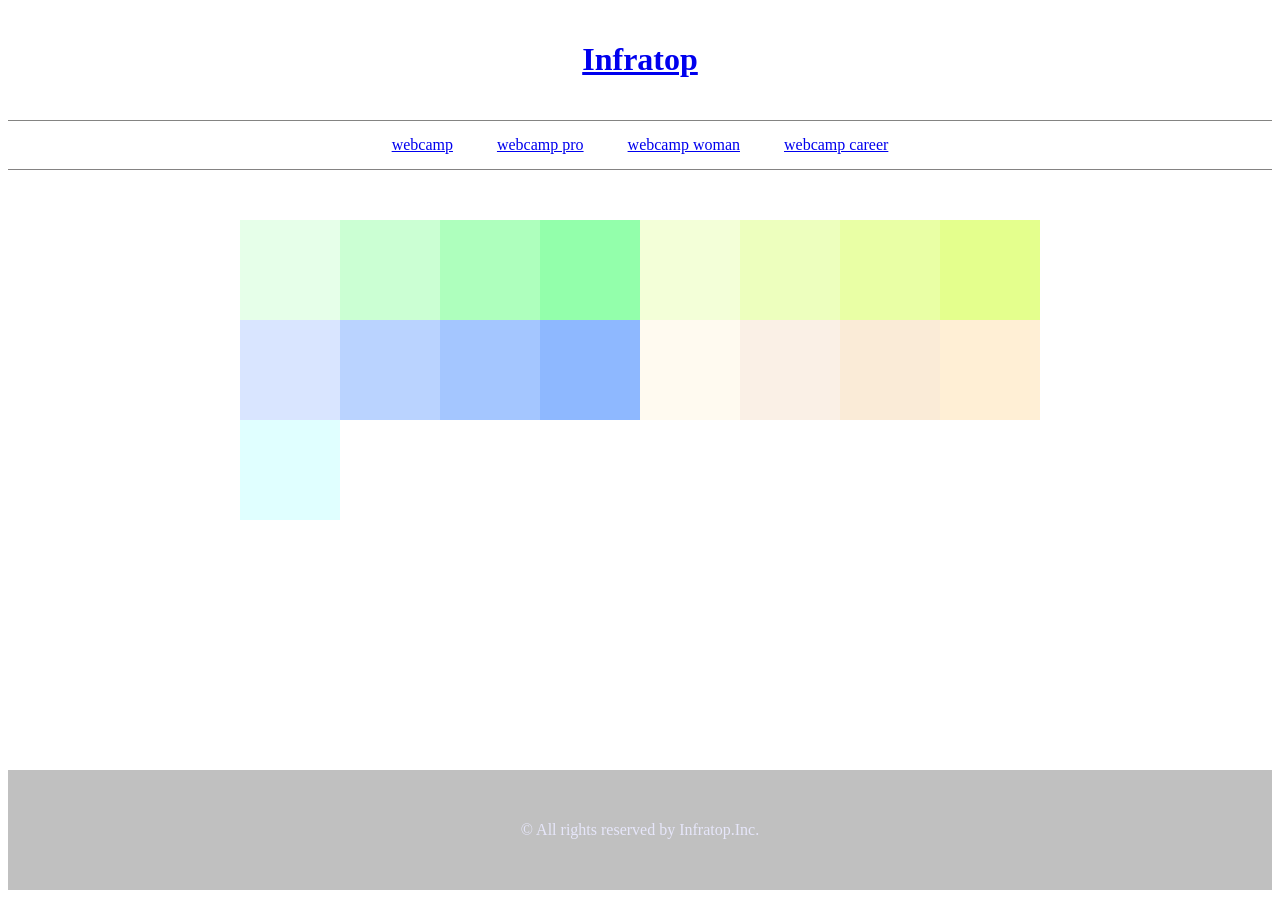
Repository: kiruha313/DWC
Page: exersise5/index.html
The author's editor kept a record of every edit. The page is drawn from the files as they stood at one moment, then again after the next edit.
The browser window is 1280 px wide. The pictures show the whole page.

Above is the page before.

### exersise5/index.html
<!DOCTYPE html>
<html lang="ja">
  <head>
    <meta charset="UTF-8" />
    <link rel="stylesheet" href="style.css" />
    <title>5章の演習問題</title>
  </head>

  <body>
    <header>
      <h1 class="header">
        <a href="index.html">Infratop</a>
      </h1>
    </header>

    <nav>
      <ul class="nav-list">
        <li class="nav-list-item">
          <a href="https://web-camp.io/">webcamp</a>
        </li>
        <li class="nav-list-item">
          <a href="webcamp pro">webcamp pro</a>
        </li>
        <li class="nav-list-item">
          <a href="webcamp woman">webcamp  woman</a>
        </li>
        <li class="nav-list-item">
          <a href="webcamp career">webcamp career</a>
        </li>
        </li>
      </ul>
    </nav>

    <div class="main">
      <div class="main1"></div>
      <div class="main2"></div>
      <div class="main3"></div>
      <div class="main4"></div>
      <div class="main5"></div>
      <div class="main6"></div>
      <div class="main7"></div>
      <div class="main8"></div>
      <div class="main9"></div>
      <div class="main10"></div>
      <div class="main11"></div>
      <div class="main12"></div>
      <div class="main13"></div>
      <div class="main14"></div>
      <div class="main15"></div>
      <div class="main16"></div>
      <div class="main17"></div>
      <div class="main18"></div>
      <div class="main19"></div>
      <div class="main20"></div>
      <div class="main21"></div>
      <div class="main22"></div>
      <div class="main23"></div>
      <div class="main24"></div>
      <div class="main25"></div>
      <div class="main26"></div>
      <div class="main27"></div>
      <div class="main28"></div>
      <div class="main29"></div>
      <div class="main30"></div>
      <div class="main31"></div>
      <div class="main32"></div>
      <div class="main33"></div>
      <div class="main34"></div>
      <div class="main35"></div>
      <div class="main36"></div>
      <div class="main37"></div>
      <div class="main38"></div>
      <div class="main39"></div>
      <div class="main40"></div>
    </div>

    <footer class="footer-item">
      <p class="footer-text">© All rights reserved by Infratop.Inc.</p>
    </footer>

  </body>

</html>

### exersise5/style.css
header > h1 {
  width: 100%;
  padding:20px 0;
  text-align: center;
}

.nav-list {
  text-align: center;
  padding: 15px 0;
  margin: 0 auto;
  list-style: none;
  border-top: 1px solid #848482;
  border-bottom: 1px solid #848282;
}

.nav-list-item {
  display: inline-block;
  margin: 0 20px;
}

.main {
  width: 800px;
  margin: 50px auto;
  display: flex;
  flex-wrap: wrap;
}

.main1 {
  width: 100px;
  height: 100px;
  background-color: #e6ffe9;
}

.main2 {
  width: 100px;
  height: 100px;
  background-color: #cbffd3;
}

.main3 {
  width: 100px;
  height: 100px;
  background-color: #aeffbd;
}

.main4 {
  width: 100px;
  height: 100px;
  background-color: #93ffab;
}

.main5 {
  width: 100px;
  height: 100px;
  background-color: #f3ffd8;
}

.main6 {
  width: 100px;
  height: 100px;
  background-color: #edffbe;
}

.main7 {
  width: 100px;
  height: 100px;
  background-color: #e9ffa5;
}

.main8 {
  width: 100px;
  height: 100px;
  background-color: #e4ff8d;
}

.main9 {
  width: 100px;
  height: 100px;
  background-color: #d9e5ff;
}

.main10 {
  width: 100px;
  height: 100px;
  background-color: #bad3ff;
}

.main11 {
  width: 100px;
  height: 100px;
  background-color: #a4c6ff;
}

.main12 {
  width: 100px;
  height: 100px;
  background-color: #8eb8ff;
}

.main13 {
  width: 100px;
  height: 100px;
  background-color: #fffaf0;
}

.main14 {
  width: 100px;
  height: 100px;
  background-color: #faf0e6;
}

.main15 {
  width: 100px;
  height: 100px;
  background-color: #faebd7;
}

.main16 {
  width: 100px;
  height: 100px;
  background-color: #ffefd5;
}

.main17 {
  width: 100px;
  height: 100px;
  background-color: #e0ffff;
}

.main18 {
  width: 100px;
  height: 100px;
  background-color: ;
}

.main19 {
  width: 100px;
  height: 100px;
  background-color: ;
}

.main20 {
  width: 100px;
  height: 100px;
  background-color: ;
}

.main21 {
  width: 100px;
  height: 100px;
  background-color: ;
}

.main22 {
  width: 100px;
  height: 100px;
  background-color: ;
}

.main23 {
  width: 100px;
  height: 100px;
  background-color: ;
}

.main24 {
  width: 100px;
  height: 100px;
  background-color: ;
}

.main25 {
  width: 100px;
  height: 100px;
  background-color: ;
}

.main26 {
  width: 100px;
  height: 100px;
  background-color: ;
}

.main27 {
  width: 100px;
  height: 100px;
  background-color: ;
}

.main28 {
  width: 100px;
  height: 100px;
  background-color: ;
}

.main29 {
  width: 100px;
  height: 100px;
  background-color: ;
}

.main30 {
  width: 100px;
  height: 100px;
  background-color: ;
}

.main31 {
  width: 100px;
  height: 100px;
  background-color: ;
}

.main32 {
  width: 100px;
  height: 100px;
  background-color: ;
}

.main33 {
  width: 100px;
  height: 100px;
  background-color: ;
}

.main34 {
  width: 100px;
  height: 100px;
  background-color: ;
}

.main35 {
  width: 100px;
  height: 100px;
  background-color: ;
}

.main36 {
  width: 100px;
  height: 100px;
  background-color: ;
}

.main37 {
  width: 100px;
  height: 100px;
  background-color: ;
}

.main38 {
  width: 100px;
  height: 100px;
  background-color: ;
}

.main39 {
  width: 100px;
  height: 100px;
  background-color: ;
}

.main40 {
  width: 100px;
  height: 100px;
  background-color: ;
}



.footer-item {
  width: 100%;
  height: 120px;
  text-align:center;
  line-height: 120px;
  background-color: silver;
}

.footer-text {
  color: lavender;
}

After the next edit:
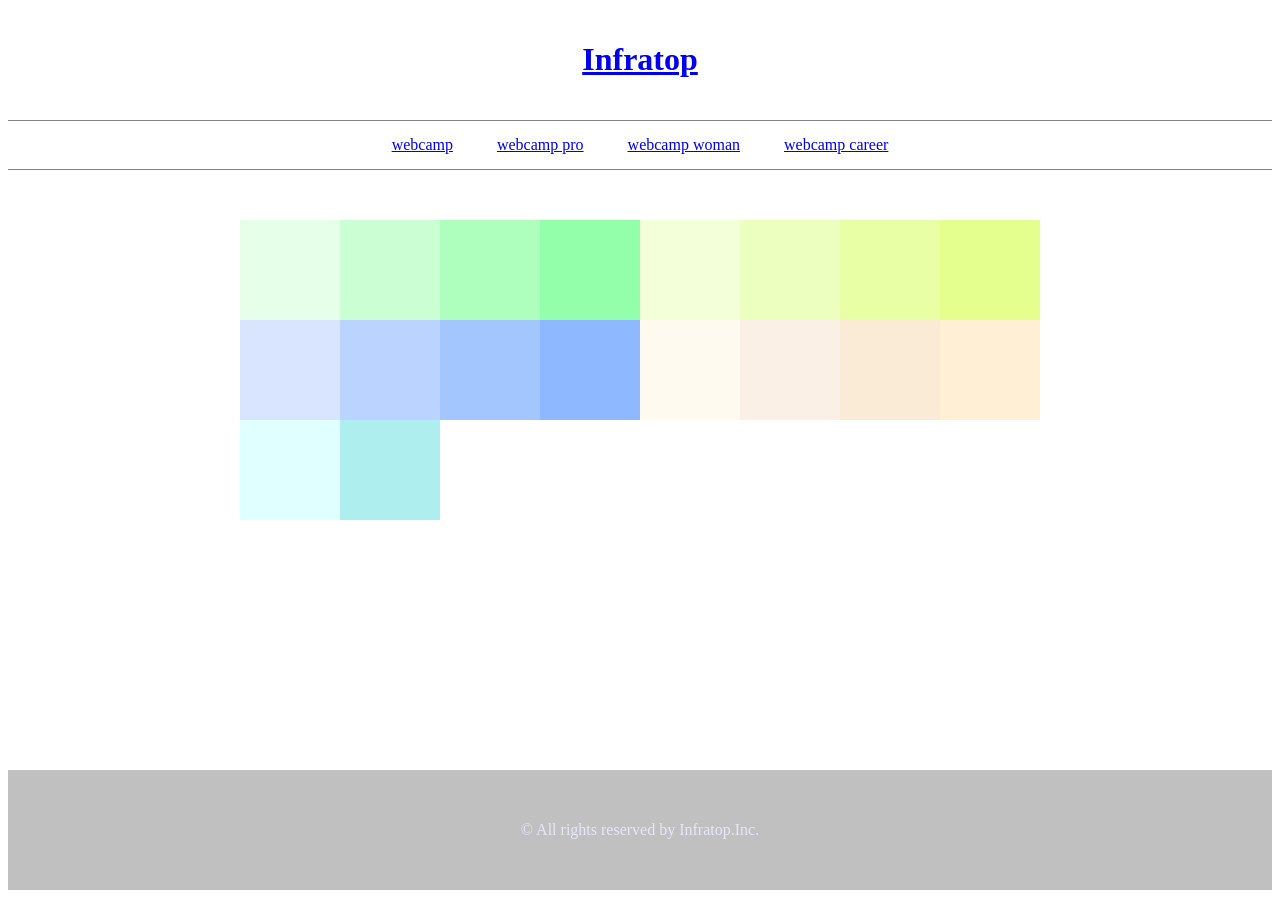
The edit:
--- a/exersise5/style.css
+++ b/exersise5/style.css
@@ -130,7 +130,7 @@
 .main18 {
   width: 100px;
   height: 100px;
-  background-color: ;
+  background-color: #afeeee;
 }
 
 .main19 {
